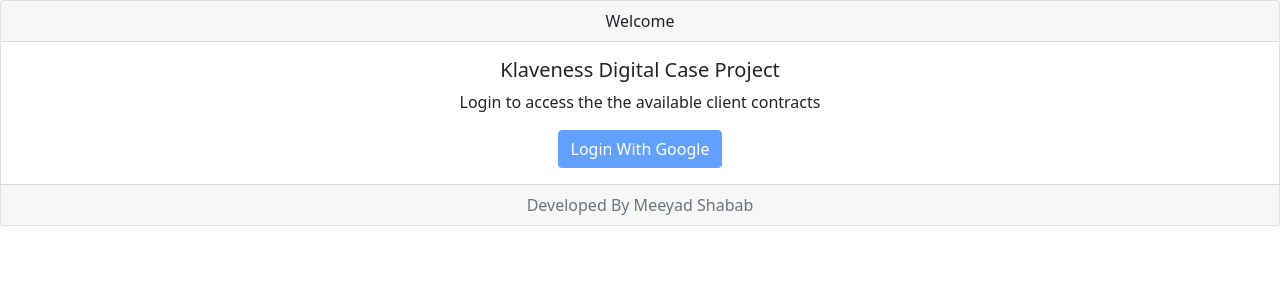
Repository: mmshabab90/klavenesstask
Page: / (app in client/)
An editor plug-in stored every save of this project. The page is shown before and after the next save, followed by the edit.
The browser window is 1280 px wide. The pictures show the whole page.
The project was rebuilt for these pictures with package versions that can differ from the ones it lists, and the page was loaded fresh each time. Also part of the build but not shown: client/src/App.css.

Above is the page before, as saved 2021-11-02 15:19:05.

After the next save:
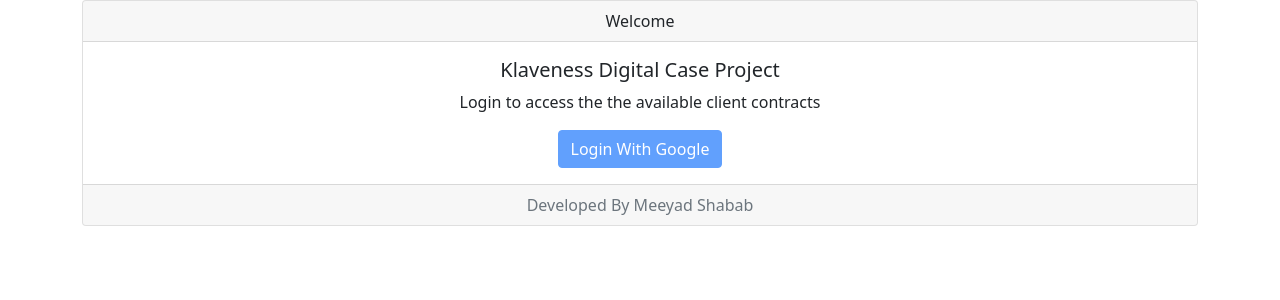
Saved 73 s later.
--- a/client/src/Components/Homepage.js
+++ b/client/src/Components/Homepage.js
@@ -1,6 +1,6 @@
 import React from "react";
 import GoogleLogin from "react-google-login";
-import { Button, Card } from "react-bootstrap";
+import { Button, Card, Container } from "react-bootstrap";
 
 export default function Homepage() {
   const login = (response) => {
@@ -8,7 +8,7 @@ export default function Homepage() {
   };
 
   return (
-    <div className="home__page">
+    <Container className="home__page">
       <Card className="text-center">
         <Card.Header>Welcome</Card.Header>
         <Card.Body>
@@ -37,6 +37,6 @@ export default function Homepage() {
           Developed By Meeyad Shabab
         </Card.Footer>
       </Card>
-    </div>
+    </Container>
   );
 }
